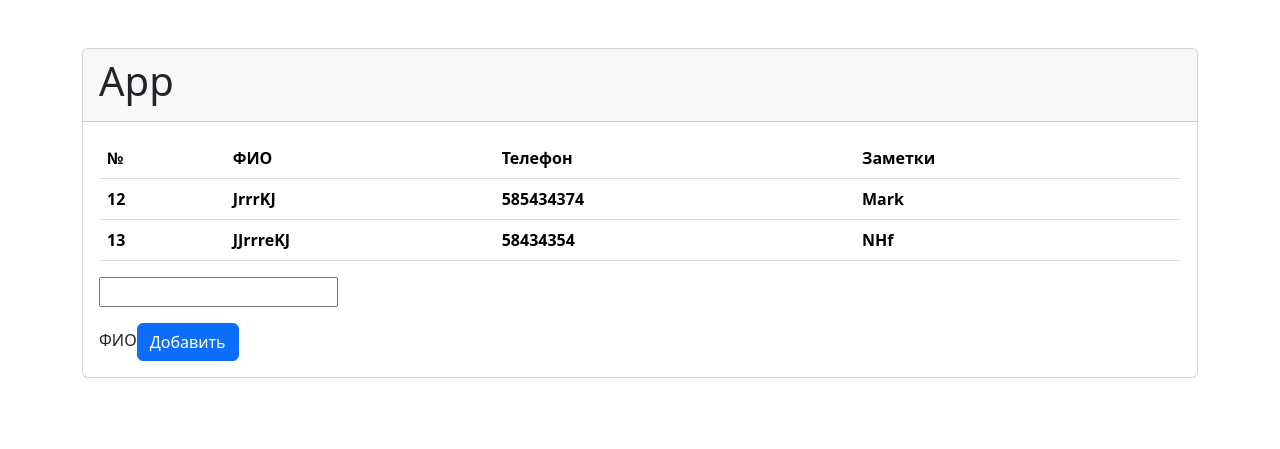
Repository: tatacheba/appstepikjavareact
Page: / (app in client/)
These files come from the project's save history. The page is drawn as it stood at one moment and after the next save; the edit follows.
The browser window is 1280 px wide. The pictures show the whole page.
The project was rebuilt for these pictures with package versions that can differ from the ones it lists, and the page was loaded fresh each time. Also part of the build but not shown: client/src/App.css.

Above is the page before, as saved 2024-11-27 14:34:10.

### client/public/index.html
<!DOCTYPE html>
<html lang="en">
    <head>
        <meta charset="utf-8" />
        <link rel="icon" href="%PUBLIC_URL%/favicon.ico" />
        <meta name="viewport" content="width=device-width, initial-scale=1" />
        <meta name="theme-color" content="#000000" />
        <meta
            name="description"
            content="Web site created using create-react-app"
        />
        <link rel="apple-touch-icon" href="%PUBLIC_URL%/logo192.png" />
        <link
            href="https://cdn.jsdelivr.net/npm/bootstrap@5.3.3/dist/css/bootstrap.min.css"
            rel="stylesheet"
            integrity="sha384-QWTKZyjpPEjISv5WaRU9OFeRpok6YctnYmDr5pNlyT2bRjXh0JMhjY6hW+ALEwIH"
            crossorigin="anonymous"
        />
        <!--
      manifest.json provides metadata used when your web app is installed on a
      user's mobile device or desktop. See https://developers.google.com/web/fundamentals/web-app-manifest/
    -->
        <link rel="manifest" href="%PUBLIC_URL%/manifest.json" />

        <title>App of Stepik</title>
    </head>
    <body>
        <div id="root"></div>
        <script
            src="https://cdn.jsdelivr.net/npm/bootstrap@5.3.3/dist/js/bootstrap.bundle.min.js"
            integrity="sha384-YvpcrYf0tY3lHB60NNkmXc5s9fDVZLESaAA55NDzOxhy9GkcIdslK1eN7N6jIeHz"
            crossorigin="anonymous"
        ></script>
    </body>
</html>

### client/src/index.js
import React from "react";
import ReactDOM from "react-dom/client";
import "./index.css";
import App from "./App";
import "bootstrap/dist/css/bootstrap.min.css";
import "bootstrap/dist/js/bootstrap.bundle.min.js";

const root = ReactDOM.createRoot(document.getElementById("root"));
root.render(
    <React.StrictMode>
        <App />
    </React.StrictMode>
);

### client/src/App.js
import "./App.css";
import TablewView from "./layouts/tableView/TablewView";
import { useState } from "react";
import FormNewItem from "./layouts/formNewItem/FormNewItem";

function App() {
    const [items, setItem] = useState([
        { id: 12, fullName: "JrrrKJ", phone: 585434374, notes: "Mark" },
        { id: 13, fullName: "JJrrreKJ", phone: 58434354, notes: "NHf" },
    ]);

    function appendContact() {
        const contact = {
            id: 15,
            fullName: "ннннн",
            phone: 585444,
            notes: "FFFF",
        };
        items[0].fullName = "Bpvtyt";
        setItem([...items, contact]);
        console.log(items);
    }

    return (
        <div className="container mt-5">
            <div className=" card">
                <div className="card-header">
                    <h1>App</h1>
                </div>
                <div className="card-body">
                    <TablewView data={items} />
                    <div>
                        <FormNewItem appendContact={appendContact} />
                    </div>
                </div>
            </div>
        </div>
    );
}

export default App;

### client/src/layouts/tableView/TablewView.js
import React from "react";
import TableRowItem from "./components/TableRowItem";

const TablewView = (props) => {
    return (
        <table className="table table-hover">
            <thead>
                <tr>
                    <th scope="col">№</th>
                    <th scope="col">ФИО</th>
                    <th scope="col">Телефон</th>
                    <th scope="col">Заметки</th>
                </tr>
            </thead>
            <tbody>
                {props.data.map((item) => (
                    <TableRowItem contact={item} />
                ))}
            </tbody>
        </table>
    );
};
export default TablewView;

### client/src/layouts/formNewItem/FormNewItem.js
import React from "react";

function FormNewItem(props) {
    return (
        <form action="">
            <div className="mb-3">
                <input type="text" />
            </div>
            <label className="form-label">ФИО</label>
            <button
                className="btn btn-primary"
                onClick={props.appendContact}
                type="button"
            >
                Добавить
            </button>
        </form>
    );
}

export default FormNewItem;

### client/src/layouts/tableView/components/TableRowItem.js
import React from "react";

const TableRowItem = (props) => {
    return (
        <tr>
            <th scope="row">{props.contact.id}</th>
            <th>{props.contact.fullName}</th>
            <th>{props.contact.phone}</th>
            <th>{props.contact.notes}</th>
        </tr>
    );
};

export default TableRowItem;

Loaded but not shown: client/src/index.css (common file)

After the next save:
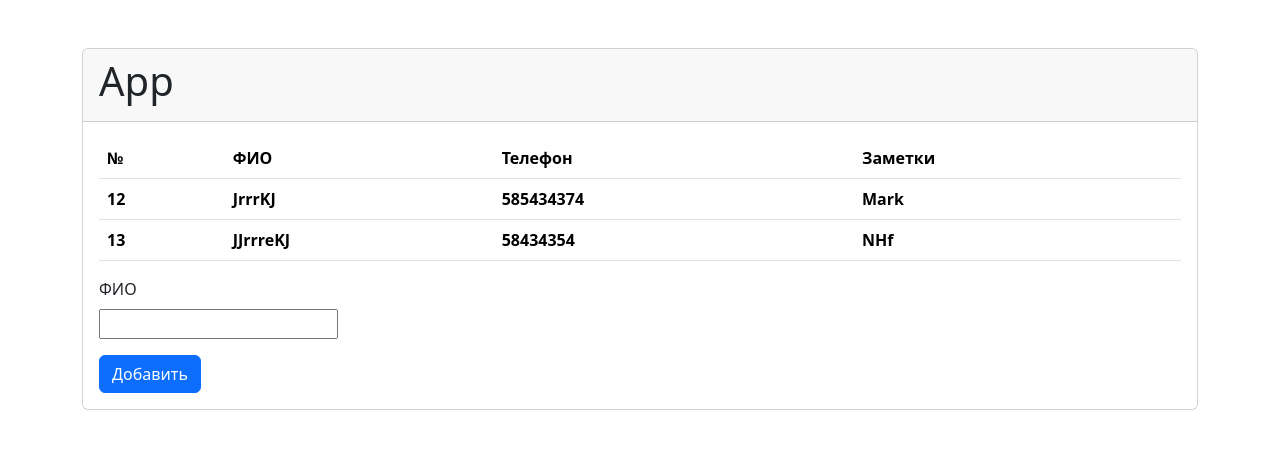
Saved 17 s later.
--- a/client/src/layouts/formNewItem/FormNewItem.js
+++ b/client/src/layouts/formNewItem/FormNewItem.js
@@ -3,10 +3,11 @@ import React from "react";
 function FormNewItem(props) {
     return (
         <form action="">
+            <label className="form-label">ФИО</label>
             <div className="mb-3">
                 <input type="text" />
             </div>
-            <label className="form-label">ФИО</label>
+
             <button
                 className="btn btn-primary"
                 onClick={props.appendContact}
